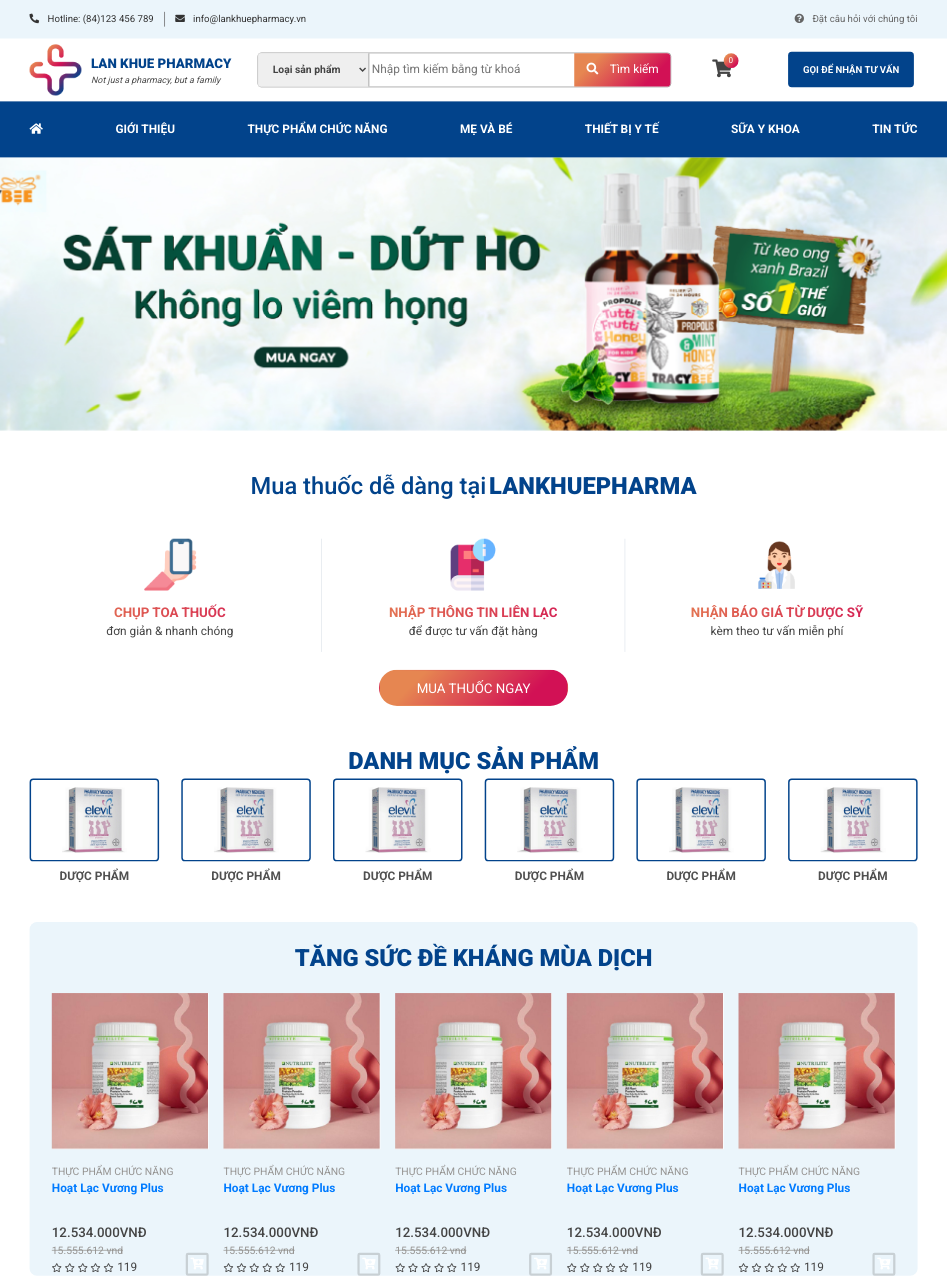
Repository: haianh12082001/Lan-khue
Page: index.html
The author's editor kept a copy of each file at every save. The page is drawn from the files as they stood at one save, then again after the next save.
The browser window is 1280 px wide. The pictures show the whole page, at 74% of full size.
Some web libraries are served in a nearby version. The style sheet was rebuilt from its Sass, Less or Tailwind sources for each picture, by a compiler version that may differ from the author's.

Above is the page before, as saved 2021-12-18 15:58:59.

After the next save:
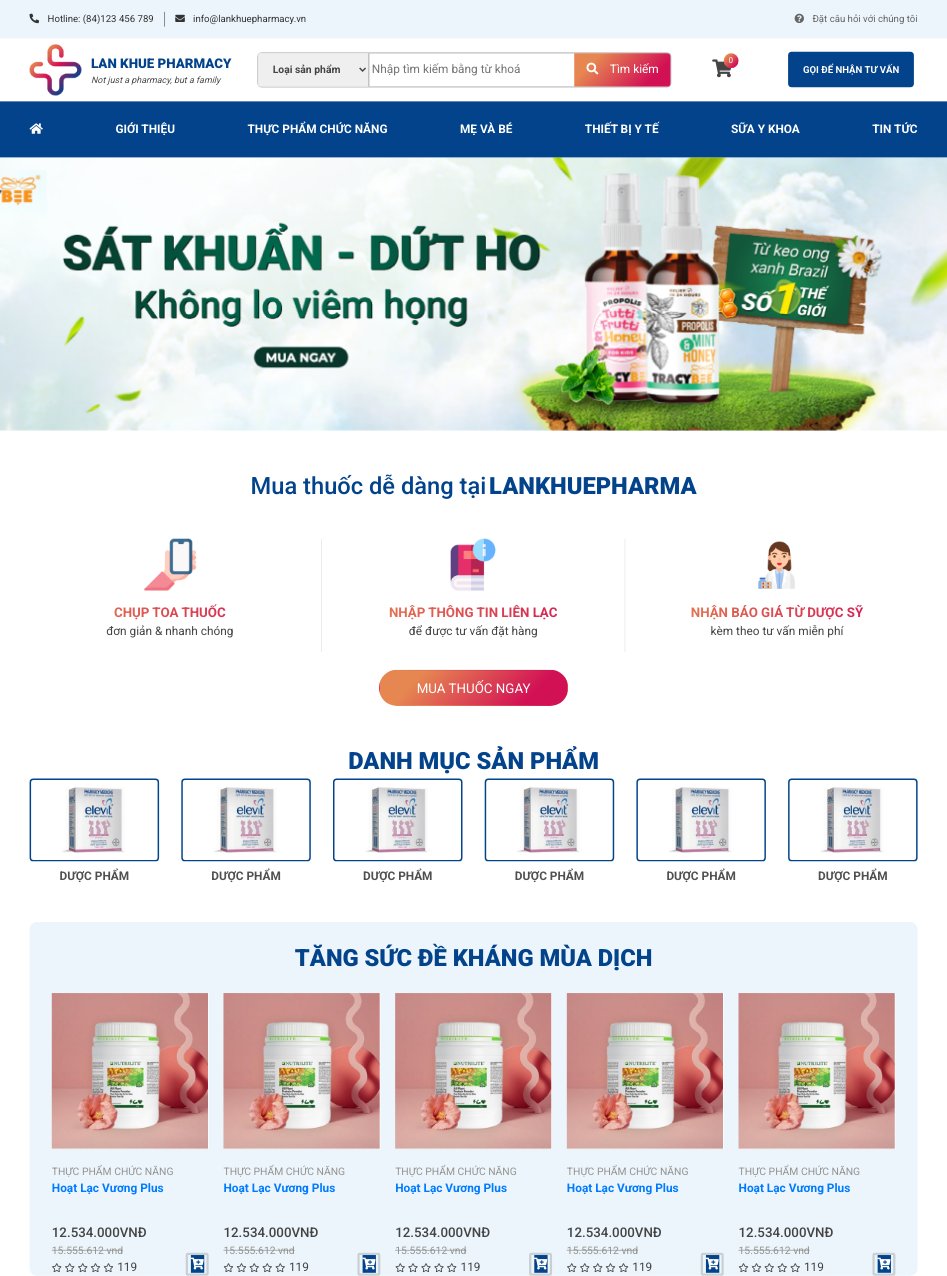
Saved 4 s later.
--- a/assets/sass/_body.scss
+++ b/assets/sass/_body.scss
@@ -117,7 +117,7 @@
         border-radius: 3px;
         border: 3px solid rgba($color: #3b3b3b, $alpha: 0.2);
         a {
-            // background: $blue;
+            background: $blue;
             color: $white;
         }
     }
